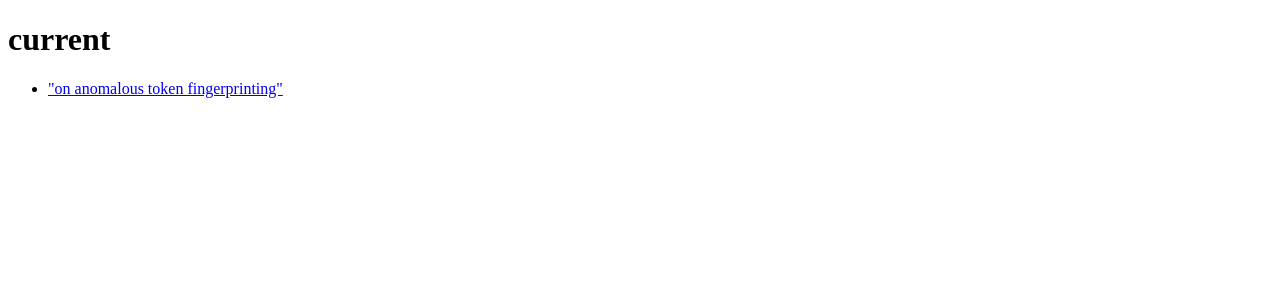
Repository: yellowspots/geneweb
Page: projects.html
These files come from the project's save history. The page is drawn as it stood at one moment and after a run of saves; the edit follows.
The browser window is 1280 px wide. The pictures show the whole page.

Above is the page before, as saved 2024-05-02 22:01:25.

### projects.html
<!DOCTYPE html>
<html>
<head>
    <title>projects</title>
</head>
<body>
    <h1>current</h1>
    <ul>
        <li><a href="https://medium.com/@yerbymatey/on-anomalous-token-fingerprinting-the-gpt-4-5-hypetrain-and-reading-between-the-lines-26c5d2c9e88b">"on anomalous token fingerprinting"</a></li>
    </ul>
</body>
</html>

After the next 2 saves:
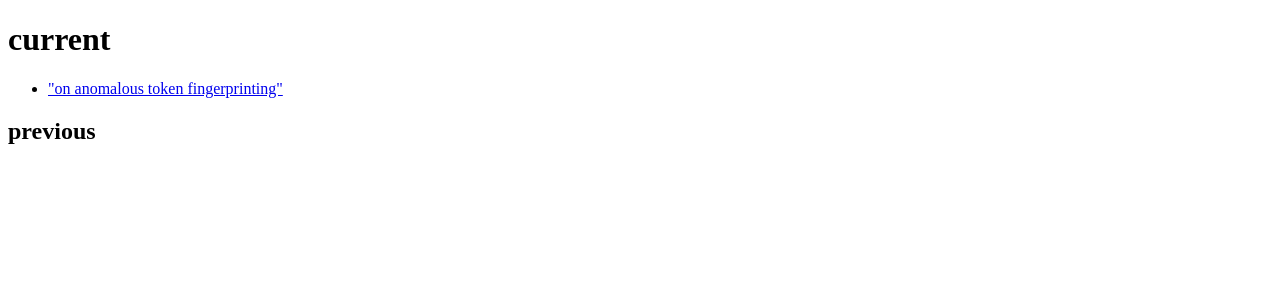
The 2 saves are shown as one change because they came seconds apart.
The last was saved 7 s later.
--- a/projects.html
+++ b/projects.html
@@ -8,5 +8,6 @@
     <ul>
         <li><a href="https://medium.com/@yerbymatey/on-anomalous-token-fingerprinting-the-gpt-4-5-hypetrain-and-reading-between-the-lines-26c5d2c9e88b">"on anomalous token fingerprinting"</a></li>
     </ul>
+    <h2>previous</h2>
 </body>
 </html>
